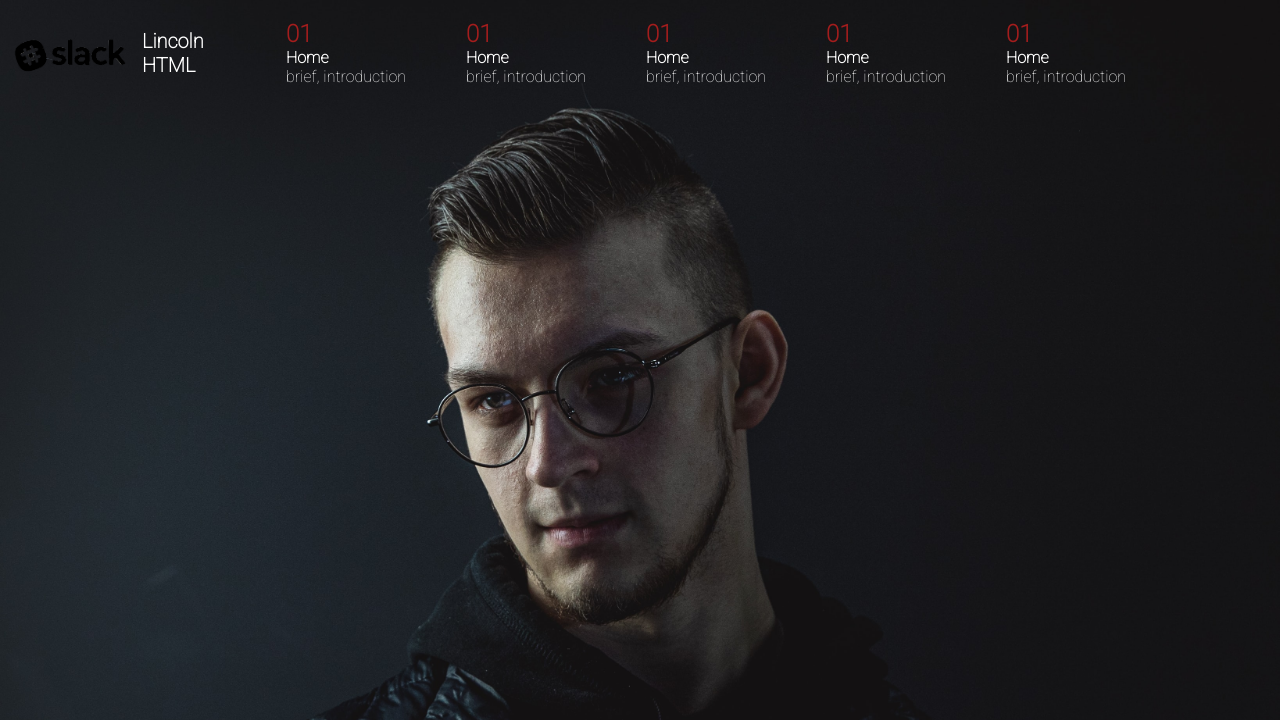
Repository: linco6054/simple-html
Page: index.html
An editor plug-in stored every save of this project. The page is shown before and after the next save, followed by the edit.
The browser window is 1280 px wide. The pictures show the whole page.

Above is the page before, as saved 2021-08-16 15:50:59.

After the next save:
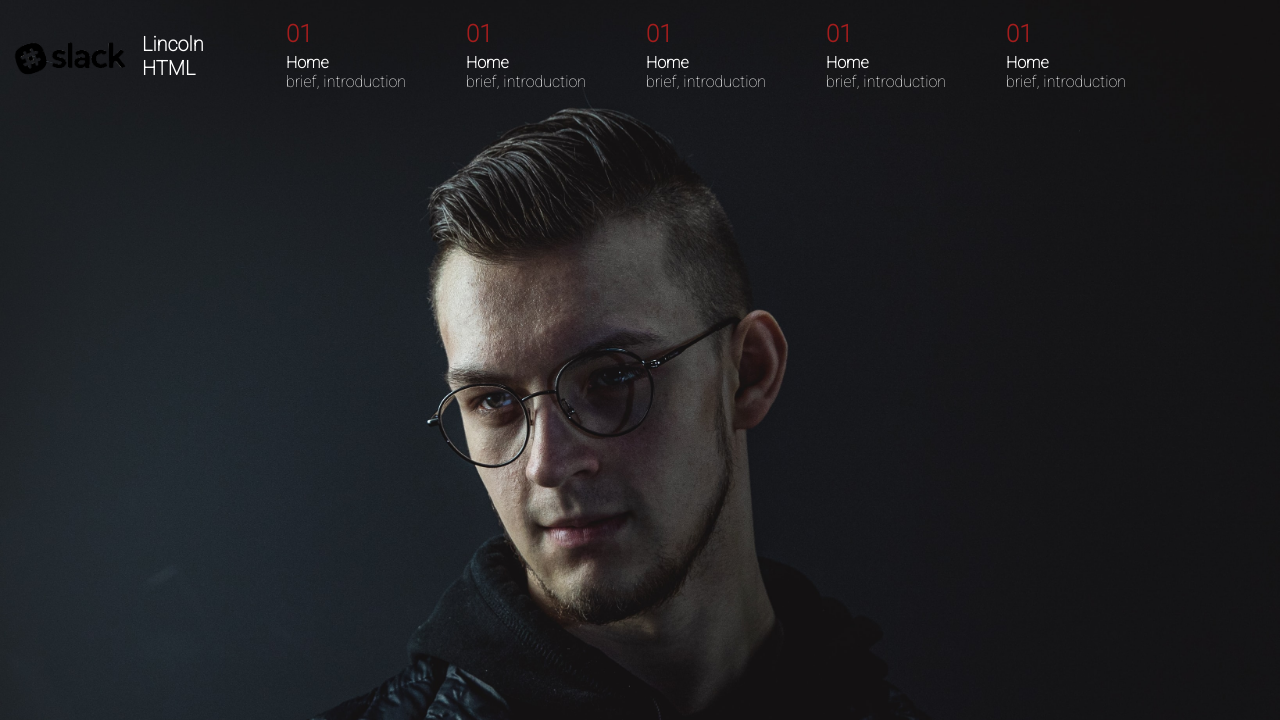
Saved 4 s later.
--- a/style.css
+++ b/style.css
@@ -48,6 +48,6 @@
 }
 nav li > h2 {
   color: rgb(163, 29, 29);
-  font-weight:800;
-  ma
+  font-weight: 800;
+  margin-bottom: 5px;
 }
